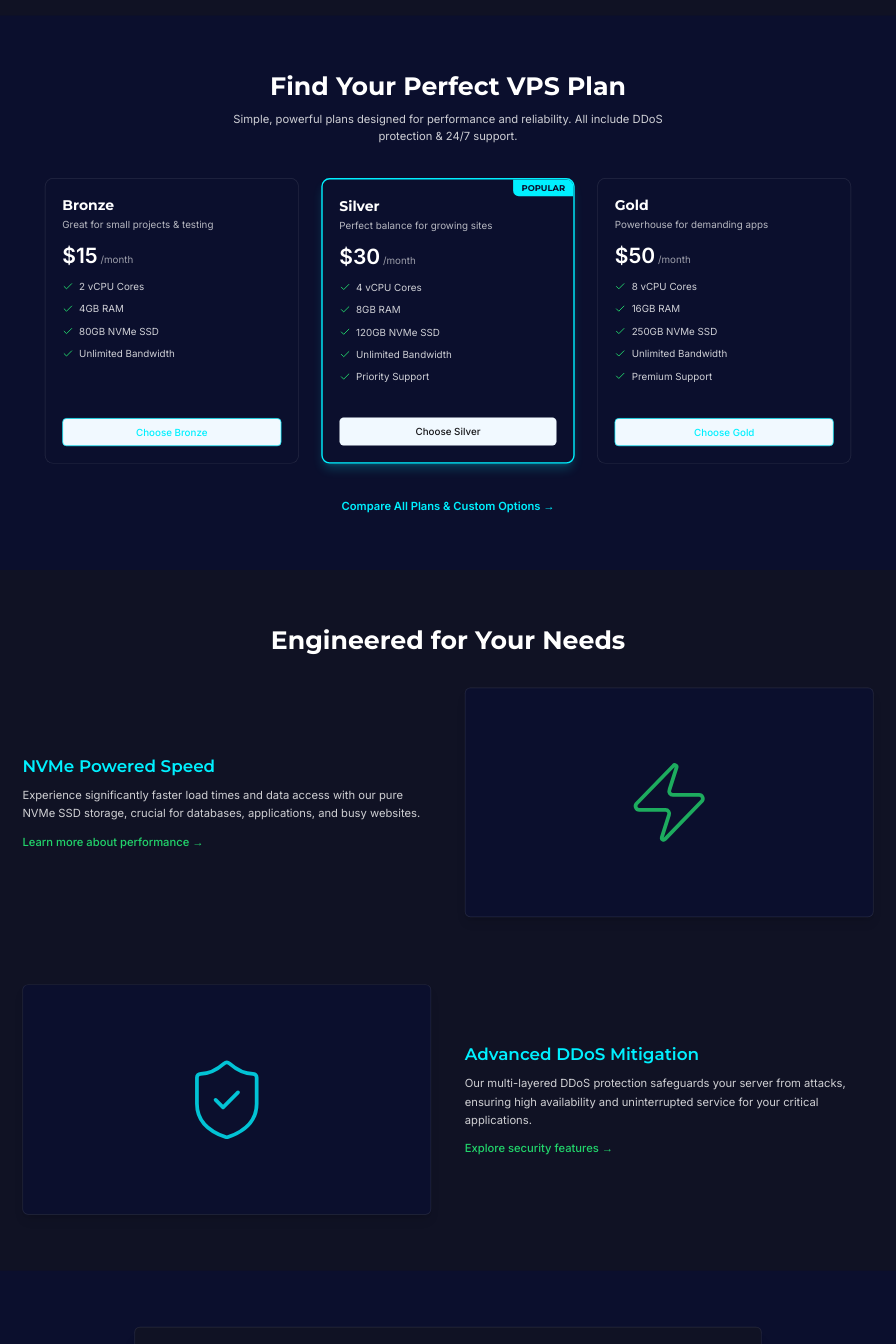
Repository: Husnainn01/stealthrdp2
Page: /
The author's editor kept a copy of each file at every save. The page is drawn from the files as they stood at one save, then again after the next save.
The browser window is 1280 px wide. The pictures show the part of the page from y = 1186 to 3106 px (the page is 4176 px tall before and 4180 px after), at 70% of full size.
The project was rebuilt for these pictures with package versions that can differ from the ones it lists, and the page was loaded fresh each time. Also part of the build but not shown: vite.config.ts, src/components/ui/tooltip.tsx, src/components/ui/accordion.tsx, src/pages/FAQ.tsx, src/components/ui/card.tsx, src/components/ui/tabs.tsx, src/pages/Plans.tsx, src/pages/Features.tsx and 1 more.

Above is the page before, as saved 2025-05-05 23:27:32.

After the next save:
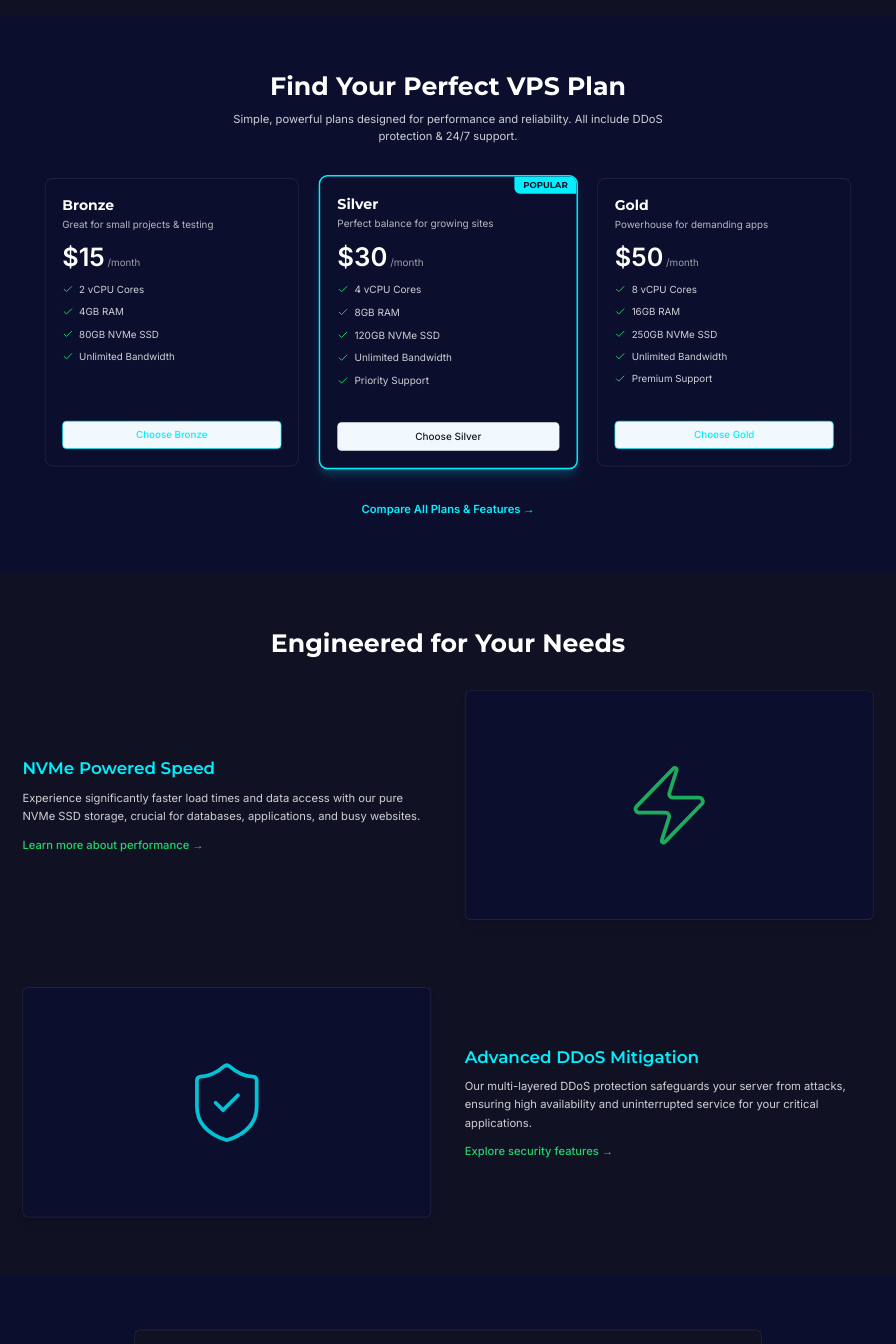
Saved 28 s later.
--- a/src/pages/Index.tsx
+++ b/src/pages/Index.tsx
@@ -114,7 +114,7 @@
                 <h3 className="text-xl font-bold font-montserrat text-white mb-1">Bronze</h3>
                 <p className="text-white/70 text-sm mb-4">Great for small projects & testing</p>
                 <div className="flex items-baseline mb-4">
-                  <span className="text-3xl font-bold text-white">$15</span>
+                  <span className="text-4xl font-bold text-white">$15</span>
                   <span className="text-white/60 ml-1 text-sm">/month</span>
                 </div>
                 <ul className="space-y-3 mb-6 text-sm">
@@ -132,7 +132,7 @@
             </div>
 
             {/* Plan 2: Silver (Popular) */}
-            <div className="bg-midnight border-2 border-electric rounded-xl overflow-hidden relative card-hover shadow-lg shadow-electric/20 flex flex-col">
+            <div className="bg-midnight border-2 border-electric rounded-xl overflow-hidden relative card-hover shadow-lg shadow-electric/20 flex flex-col scale-[1.02]">
               <div className="absolute top-0 right-0 bg-electric text-midnight px-3 py-1 text-xs font-bold font-montserrat rounded-bl-lg z-10">
                 POPULAR
               </div>
@@ -140,7 +140,7 @@
                 <h3 className="text-xl font-bold font-montserrat text-white mb-1">Silver</h3>
                 <p className="text-white/70 text-sm mb-4">Perfect balance for growing sites</p>
                 <div className="flex items-baseline mb-4">
-                  <span className="text-3xl font-bold text-white">$30</span>
+                  <span className="text-4xl font-bold text-white">$30</span>
                   <span className="text-white/60 ml-1 text-sm">/month</span>
                 </div>
                 <ul className="space-y-3 mb-6 text-sm">
@@ -164,7 +164,7 @@
                 <h3 className="text-xl font-bold font-montserrat text-white mb-1">Gold</h3>
                 <p className="text-white/70 text-sm mb-4">Powerhouse for demanding apps</p>
                 <div className="flex items-baseline mb-4">
-                  <span className="text-3xl font-bold text-white">$50</span>
+                  <span className="text-4xl font-bold text-white">$50</span>
                   <span className="text-white/60 ml-1 text-sm">/month</span>
                 </div>
                 <ul className="space-y-3 mb-6 text-sm">
@@ -185,7 +185,7 @@
 
           <div className="text-center mt-12">
             <Link to="/plans" className="text-electric hover:underline font-semibold">
-              Compare All Plans & Custom Options →
+              Compare All Plans & Features →
             </Link>
           </div>
         </div>
